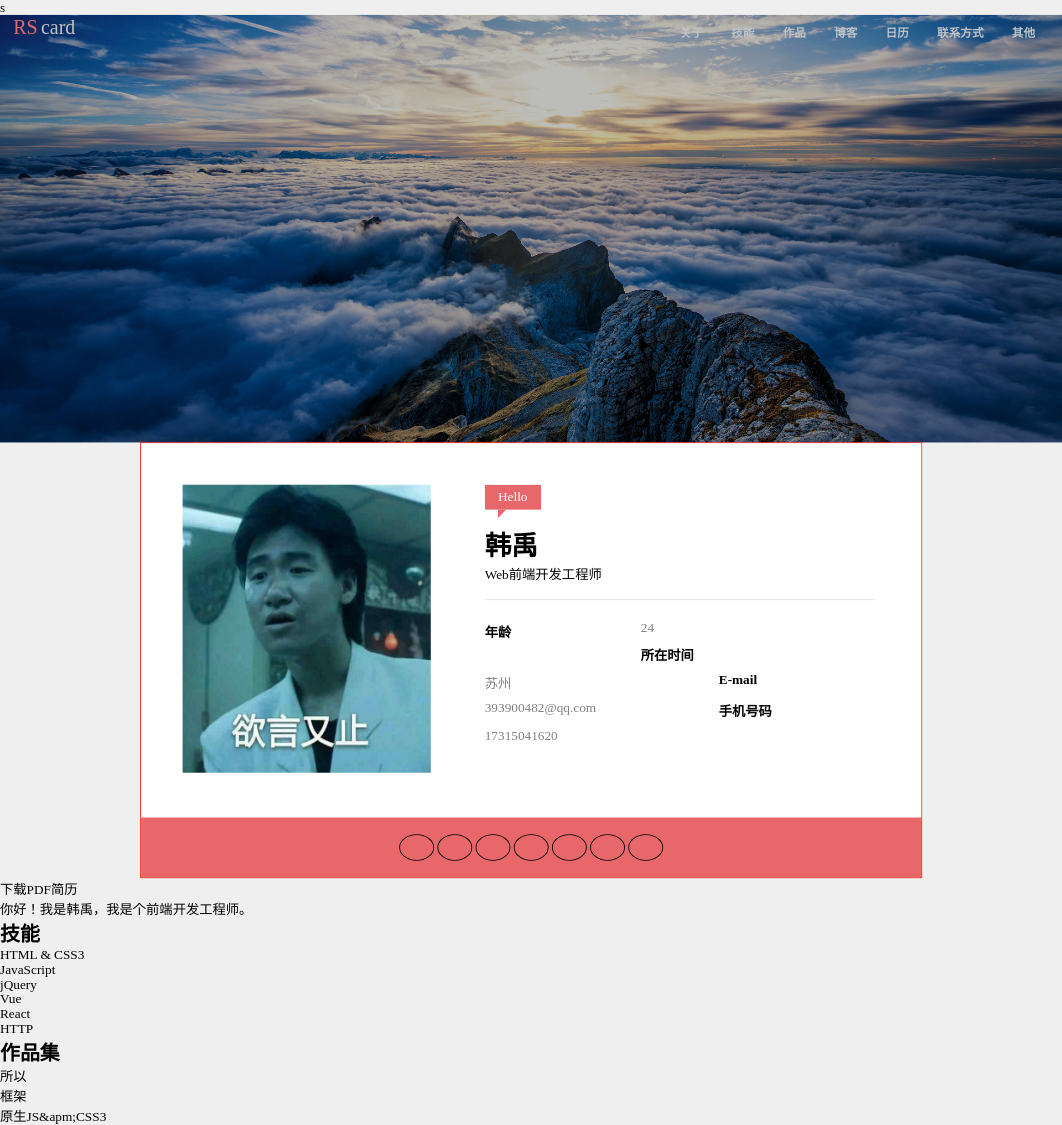
Repository: yorkHan/resume
Page: index.html
The author's editor kept a copy of each file at every save. The page is drawn from the files as they stood at one save, then again after a run of saves.
The browser window is 1280 px wide. The pictures show the whole page, at 83% of full size.

Above is the page before, as saved 2018-04-10 00:47:37.

### index.html
<!DOCTYPE html>
<html lang="en">
<head>
    <meta charset="UTF-8">
    <meta name="viewport" content="width=device-width, initial-scale=1.0">
    <meta http-equiv="X-UA-Compatible" content="ie=edge">
    <title>Document</title>
    <link rel="stylesheet" href="./1.css">
    <script src="//at.alicdn.com/t/font_621912_9r2kl0u76xzb0529.js"></script>
    <style type="text/css">
        .icon {
           width: 1em; height: 1em;
           vertical-align: -0.15em;
           fill: currentColor;
           overflow: hidden;
        }
    </style>s
</head>
<body>
    <div class="topNavBar clearfix">
        <div class="topNavBar-inner clearfix">
            <a class="logo" href="#" alt="logo" style="float:left;">
                <span class="rs">RS</span><span class="card">card</span>
            </a>
            <nav>
                <ul class="clearfix" style="float: right;">
                    <li><a href="#">关于</a></li>
                    <li><a href="#">技能</a></li>
                    <li><a href="#">作品</a></li>
                    <li><a href="#">博客</a></li>
                    <li><a href="#">日历</a></li>
                    <li><a href="#">联系方式</a></li>
                    <li><a href="#">其他</a></li>
                </ul>
            </nav>
        </div>
    </div>
    <div class="banner" style="background-image: url(./images/3.jpg)">
        <div class="mask"></div>
    </div>
    <main>
        <div class="usercard">
            <div class="textAndPicture clearfix">
                <div class="pic">
                    <img src="./images/avatar.png" style="width:299px;height:347px" alt="头像">
                </div>
                <div class="text">
                    <div class="profile">
                    <span class="welcome">Hello
                        <span class="triangle"></span>
                    </span>
                    <h1>韩禹</h1>
                    <p>Web前端开发工程师</p>
                    <hr>
                    <dl>
                        <dt>年龄</dt>
                        <dd>24</dd>
                        <dt>所在时间</dt>
                        <dd>苏州</dd>
                        <dt>E-mail</dt>
                        <dd>393900482@qq.com</dd>
                        <dt>手机号码</dt>
                        <dd>17315041620</dd>
                    </dl>
                </div>
                </div>
            </div>
            <footer class="media">
                <a href="#">
                    <svg class="icon" aria-hidden="true">
                        <use xlink:href="#icon-github"></use>
                    </svg>
                </a>
                <a href="#">
                    <svg class="icon" aria-hidden="true">
                        <use xlink:href="#icon-dianhua"></use>
                    </svg>
                </a>
                <a href="#">
                    <svg class="icon" aria-hidden="true">
                        <use xlink:href="#icon-youjian"></use>
                    </svg>
                </a>
                <a href="#">
                    <svg class="icon" aria-hidden="true">
                        <use xlink:href="#icon-hexo"></use>
                    </svg>
                </a>
                <a href="#">
                    <svg class="icon" aria-hidden="true">
                        <use xlink:href="#icon-msnui-logo-qq"></use>
                     </svg>
                </a>
                <a href="#">
                    <svg class="icon" aria-hidden="true">
                        <use xlink:href="#icon-gongzhonghao"></use>
                    </svg>
                </a>
                <a href="#">
                    <svg class="icon" aria-hidden="true">
                        <use xlink:href="#icon-weibo"></use>
                    </svg>
                </a>
            </footer>
        </div>
        <a href="">下载PDF简历</a>
        <p>
            你好！我是韩禹，我是个前端开发工程师。
        </p>
    </main>
    <section>
        <h2>技能</h2>
        <ol>
            <li>HTML &amp; CSS3</li>
            <li>JavaScript</li>
            <li>jQuery</li>
            <li>Vue</li>
            <li>React</li>
            <li>HTTP</li>
        </ol>
    </section>
    <section>
        <h2>作品集</h2>
        <nav>
            <ol>
                <li>所以</li>
                <li>框架</li>
                <li>原生JS&apm;CSS3</li>
            </ol>
        </nav>
        <div class="jobs">
            <div class="big"></div>
            <div class='small'></div>
            <div class="small"></div>
        </div>
    </section>
</body>
</html>

### 1.css
body{
    background-color: #EFEFEF;
    margin: 0;
}
*{
    margin: 0;
    padding: 0;
}
a{
    color: inherit;
    text-decoration: none;
}
.clearfix::after{
    content: '';
    display: block;
    clear: both;
}
.topNavBar{
    padding: 20px 0px 20px 0px;
    position: fixed;
    top:0;
    left:0;
    width:100%;
}
.topNavBar-inner{
    padding: 0 16px;
}
.topNavBar nav>ul{
    list-style: none;
    margin: 0;
    padding: 0;
}
.topNavBar nav>ul>li{
    float: left;

}
.topNavBar nav>ul>li>a{
    display: block;
    font-size: 14px;
    font-weight: bold;
    color:#c1c3c7;
    margin-left: 17px;
    margin-right: 17px;
    padding-top: 5px;
    padding-bottom: 5px;
    border-top:3px solid transparent;
    border-bottom:3px solid transparent;
}
.topNavBar nav>ul>li>a:hover{
    border-bottom:3px solid #E8676B;
}
.topNavBar .logo{
    font-family: "Arial Rounded MT Bold";
    font-size: 24px;
}
.topNavBar .logo .rs{
    margin-right: 4px;
    color:#E8676B;
}
.topNavBar .logo .card {
    color:#c1c3c7;
}
.banner{
    height: 515px;
    background-position: center center;
    background-size:cover;
}
.banner .mask{
    height: 515px;
    background-color: rgba(0, 0, 0, 0.26);
}
.usercard{
    border:1px solid red;
    max-width: 940px;
    margin-left: auto;
    margin-right: auto;
}
.text .welcome{
    padding: 4px 16px;
    line-height: 22px;
    display: inline-block;
    background-color: #E8676B;
    color: white;
    position: relative;
}
.text h1{
    margin-top:18px;
}
hr{
    height: 0;
    border:none;
    border-top: 1px solid #DEDEDE;
}

.triangle{
    display: block;
    border: 10px solid transparent;
    width: 0;
    border-left-color:#E8676B;
    border-top:0;
    position: absolute;
    top:100%;
}
.usercard .pic{
    float: left;
}
.usercard .text{
    float: left;
    margin-left: 65px;
    width: 470px;
}
.usercard .text hr{
    margin: 20px 0px;
}
.usercard footer.media {
    background: #E8676B;
    padding: 20px;
    text-align: center;
}
.usercard footer.media>a {
    border: 1px solid black;
    display: inline-block;
    border-radius: 50%;
    width: 40px;
    pad:
}
.usercard svg{
    width: 30px;
    height: 30px;
    fill: white;
    vertical-align: top;
}
.textAndPicture{
    background-color: #FFF;
    padding: 50px;
}
.usercard dl dt{
    float: left;
    width: 40%;
    padding: 5px 0;
    font-weight: bold;
}
.usercard dl dd{
    float: left;
    width: 60%;
    padding: 5px 0;
    color: gray;
}

After the next 3 saves:
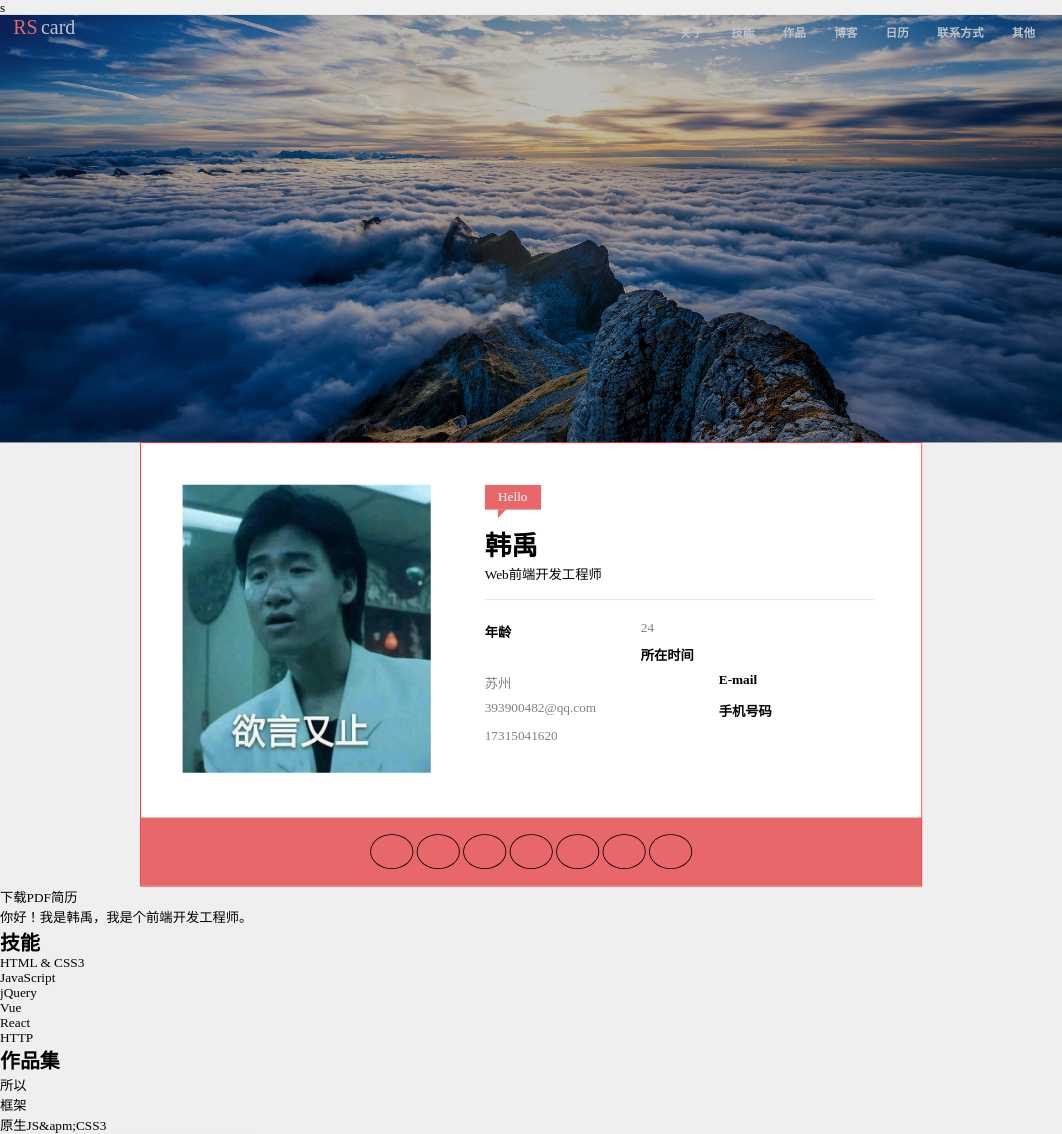
The 3 saves are shown as one change because they came seconds apart.
The last was saved 7 s later.
--- a/1.css
+++ b/1.css
@@ -122,7 +122,7 @@ hr{
     display: inline-block;
     border-radius: 50%;
     width: 40px;
-    pad:
+    padding: 5px;
 }
 .usercard svg{
     width: 30px;
